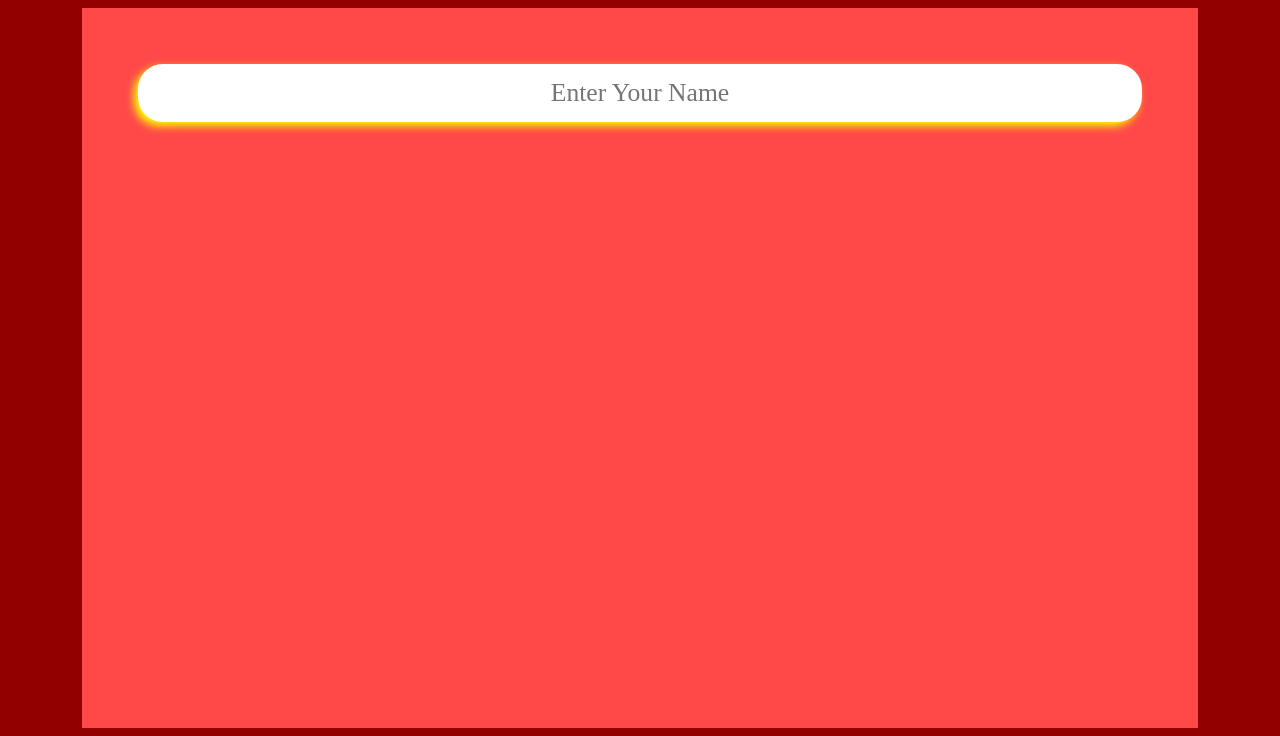
Repository: Haneef-Shaik/Greetings
Page: /
These files come from the project's save history. The page is drawn as it stood at one moment and after the next save; the edit follows.
The browser window is 1280 px wide. The pictures show the whole page.
The project was rebuilt for these pictures with package versions that can differ from the ones it lists, and the page was loaded fresh each time. The framework's server and built-in components were replaced by stand-ins that run in the browser. Also part of the build but not shown: next.config.js, styles/card.module.scss, components/card.js, styles/socialShare.module.scss, components/socialShare.js.

Above is the page before, as saved 2021-12-01 20:12:11.

After the next save:
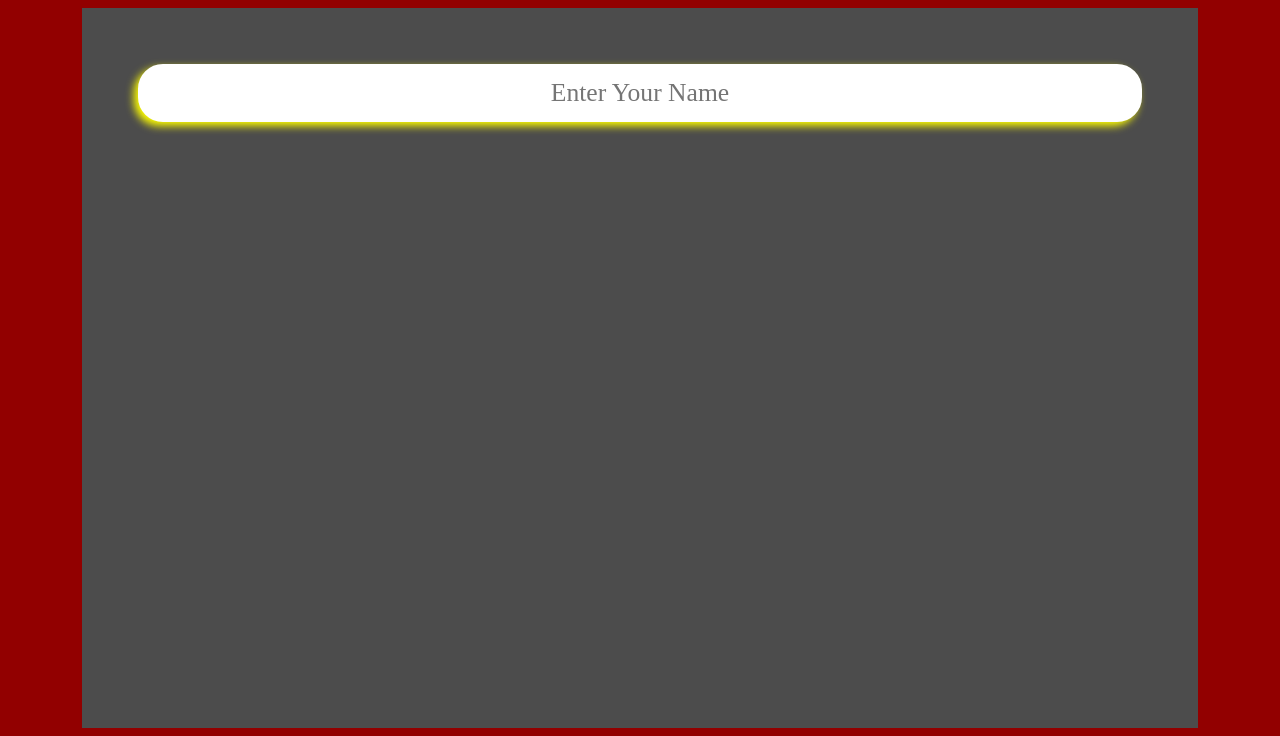
Saved 18 s later.
--- a/styles/form.module.scss
+++ b/styles/form.module.scss
@@ -1,7 +1,7 @@
 .formContainer{
     padding:5%;
     height:100vh;
-    background-color:#FF4949;
+    background-color:#4C4C4C;
     input{
         text-align:center;
         font-family: 'Times New Roman', Times, serif;
